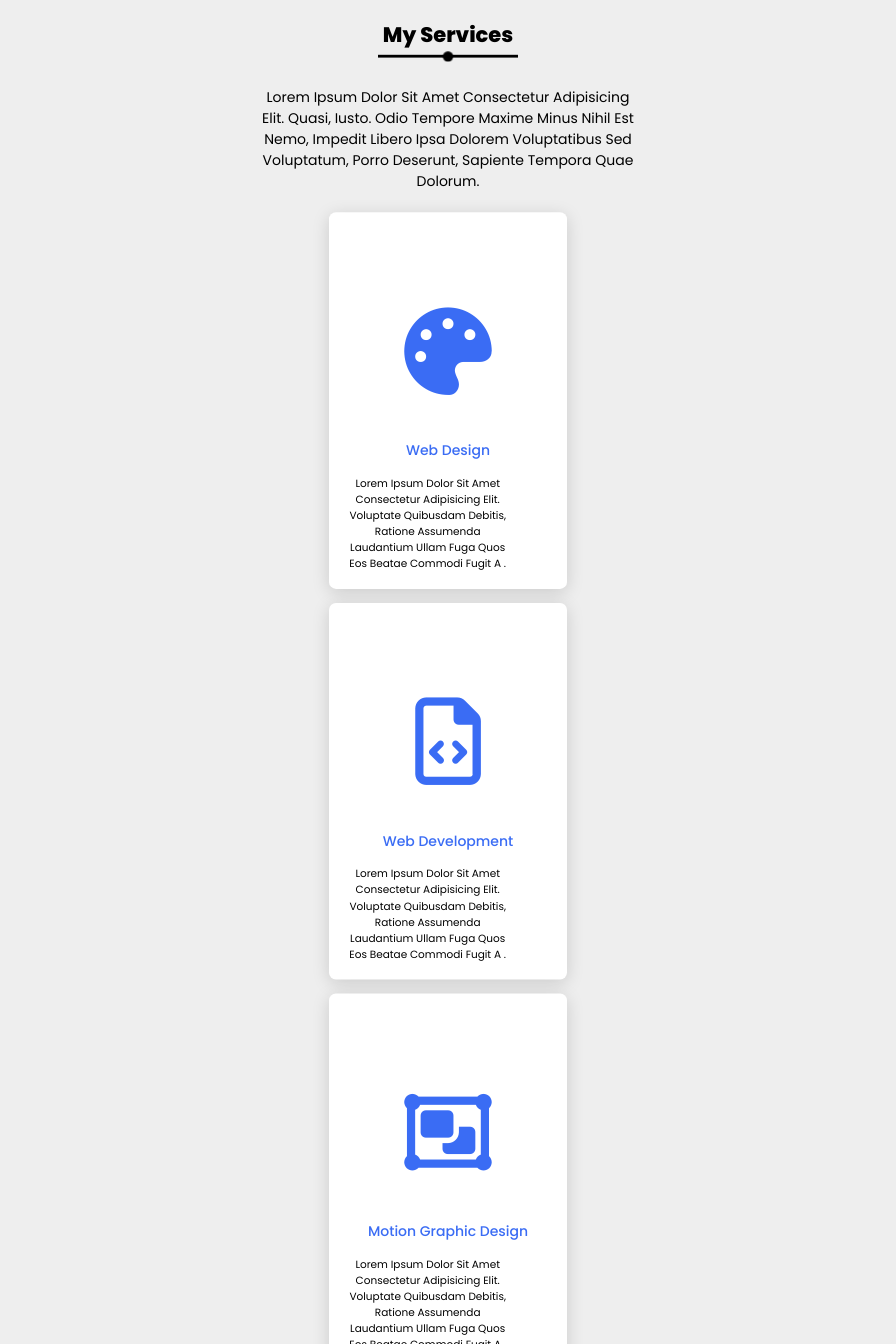
Repository: Pinocoding/New
Page: index.html
An editor plug-in stored every save of this project. The page is shown before and after the next save, followed by the edit.
The browser window is 1280 px wide. The pictures show the part of the page from y = 2515 to 4435 px (the page is 4533 px tall before and 4623 px after), at 70% of full size.
Backgrounds fixed to the window are drawn as part of the page.

Above is the page before, as saved 2021-10-13 23:35:52.

After the next save:
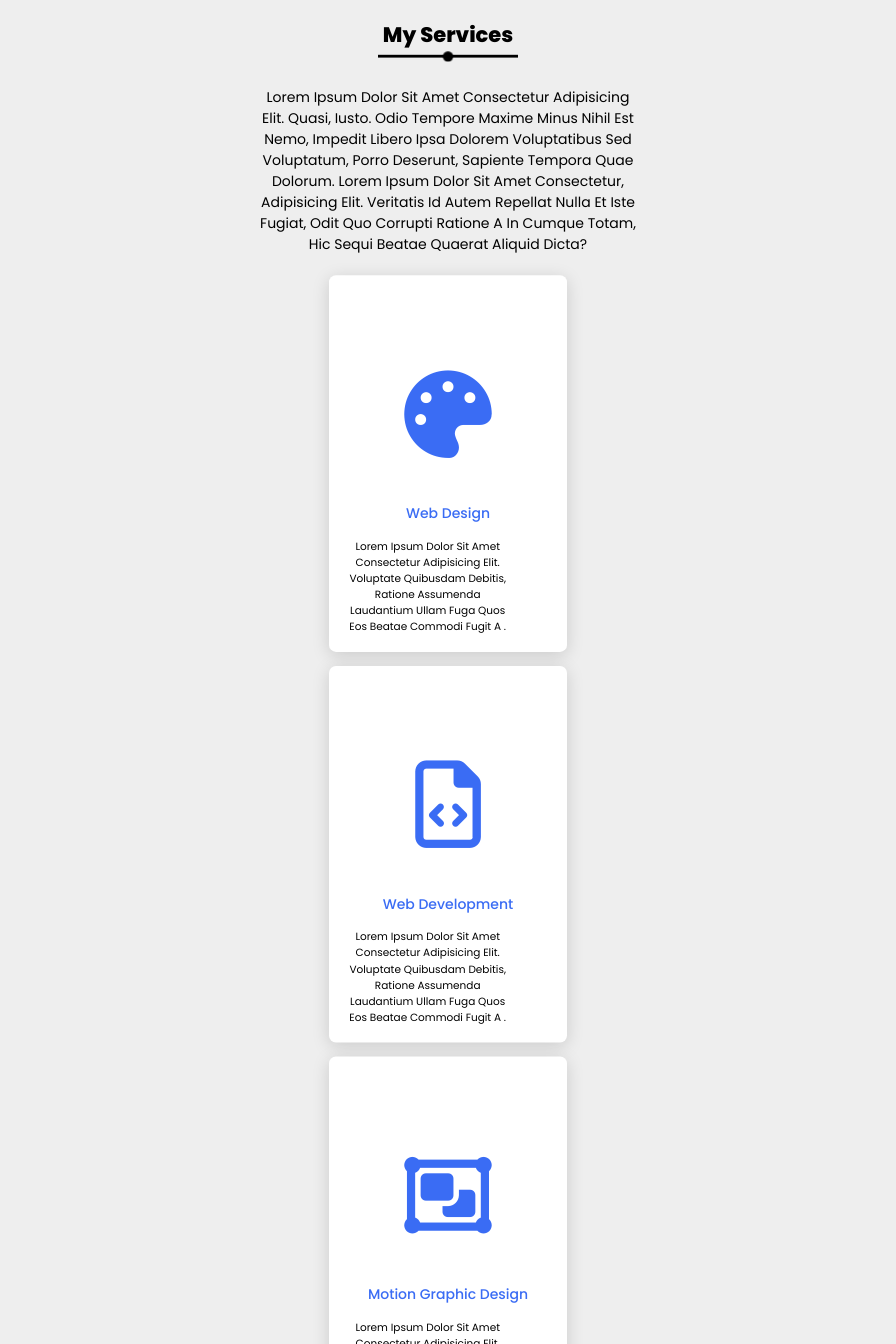
Saved 32 s later.
--- a/index.html
+++ b/index.html
@@ -132,7 +132,9 @@
     <h2 class="section-title">
       my services
     </h2>
-    <p>Lorem ipsum dolor sit amet consectetur adipisicing elit. Quasi, iusto. Odio tempore maxime minus nihil est nemo, impedit libero ipsa dolorem voluptatibus sed voluptatum, porro deserunt, sapiente tempora quae dolorum.</p>
+    <p>Lorem ipsum dolor sit amet consectetur adipisicing elit. Quasi, iusto. Odio tempore maxime minus nihil est nemo, impedit libero ipsa dolorem voluptatibus sed voluptatum, porro deserunt, sapiente tempora quae dolorum.
+      Lorem ipsum dolor sit amet consectetur, adipisicing elit. Veritatis id autem repellat nulla et iste fugiat, odit quo corrupti ratione a in cumque totam, hic sequi beatae quaerat aliquid dicta?
+    </p>
 
   <div class="content">
     <div class="card">

After the save that followed:
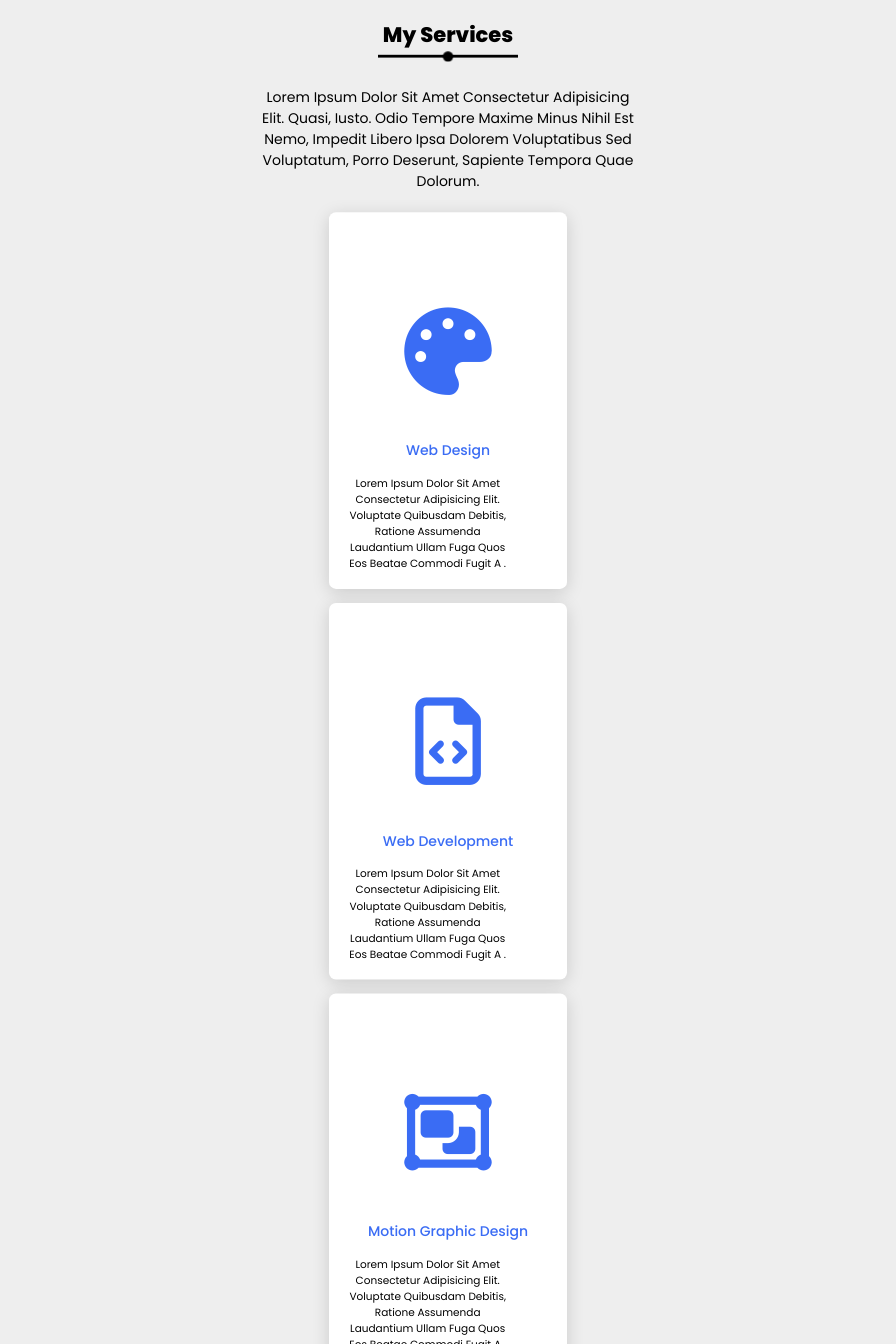
Saved 6 s later.
--- a/index.html
+++ b/index.html
@@ -132,9 +132,7 @@
     <h2 class="section-title">
       my services
     </h2>
-    <p>Lorem ipsum dolor sit amet consectetur adipisicing elit. Quasi, iusto. Odio tempore maxime minus nihil est nemo, impedit libero ipsa dolorem voluptatibus sed voluptatum, porro deserunt, sapiente tempora quae dolorum.
-      Lorem ipsum dolor sit amet consectetur, adipisicing elit. Veritatis id autem repellat nulla et iste fugiat, odit quo corrupti ratione a in cumque totam, hic sequi beatae quaerat aliquid dicta?
-    </p>
+    <p>Lorem ipsum dolor sit amet consectetur adipisicing elit. Quasi, iusto. Odio tempore maxime minus nihil est nemo, impedit libero ipsa dolorem voluptatibus sed voluptatum, porro deserunt, sapiente tempora quae dolorum.</p>
 
   <div class="content">
     <div class="card">
